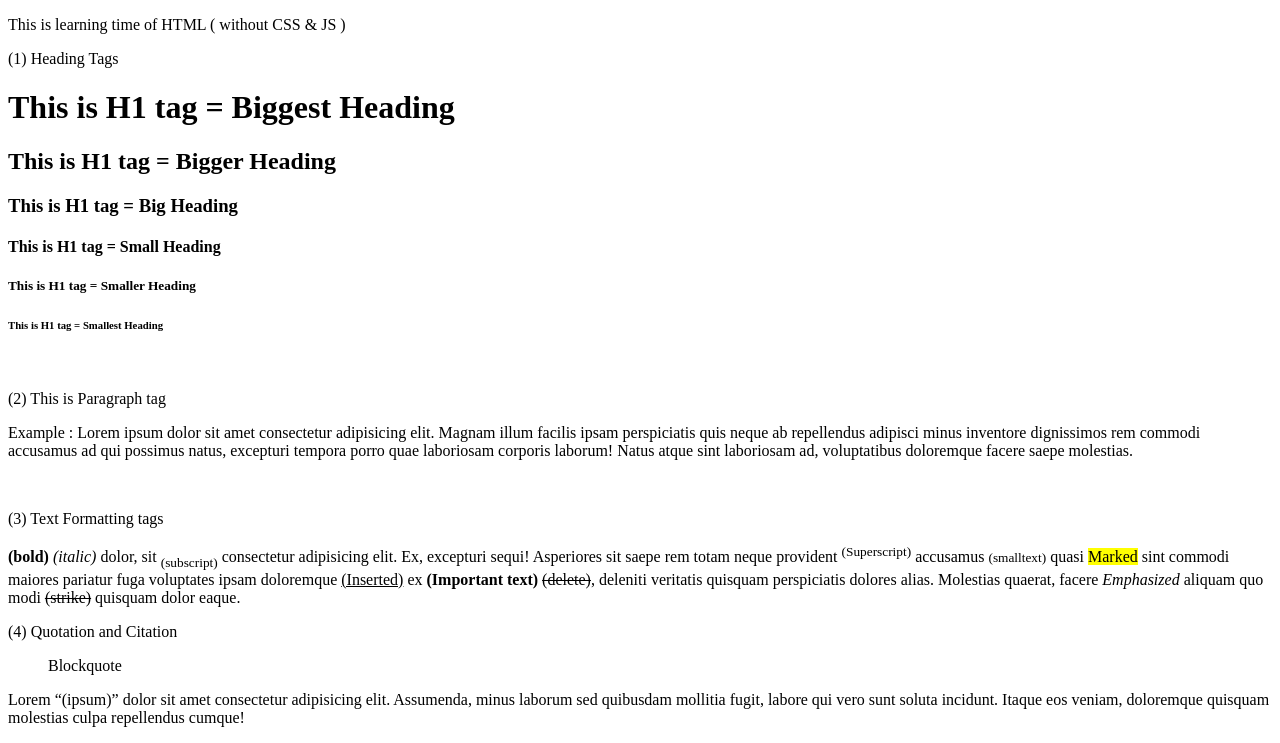
Repository: diptods/Frontend-in-60-DAYS
Page: Day01/learning/learn.html
These files come from the project's save history. The page is drawn as it stood at one moment and after the next save; the edit follows.
The browser window is 1280 px wide. The pictures show the whole page.

Above is the page before, as saved 2026-05-28 11:58:16.

After the next save:
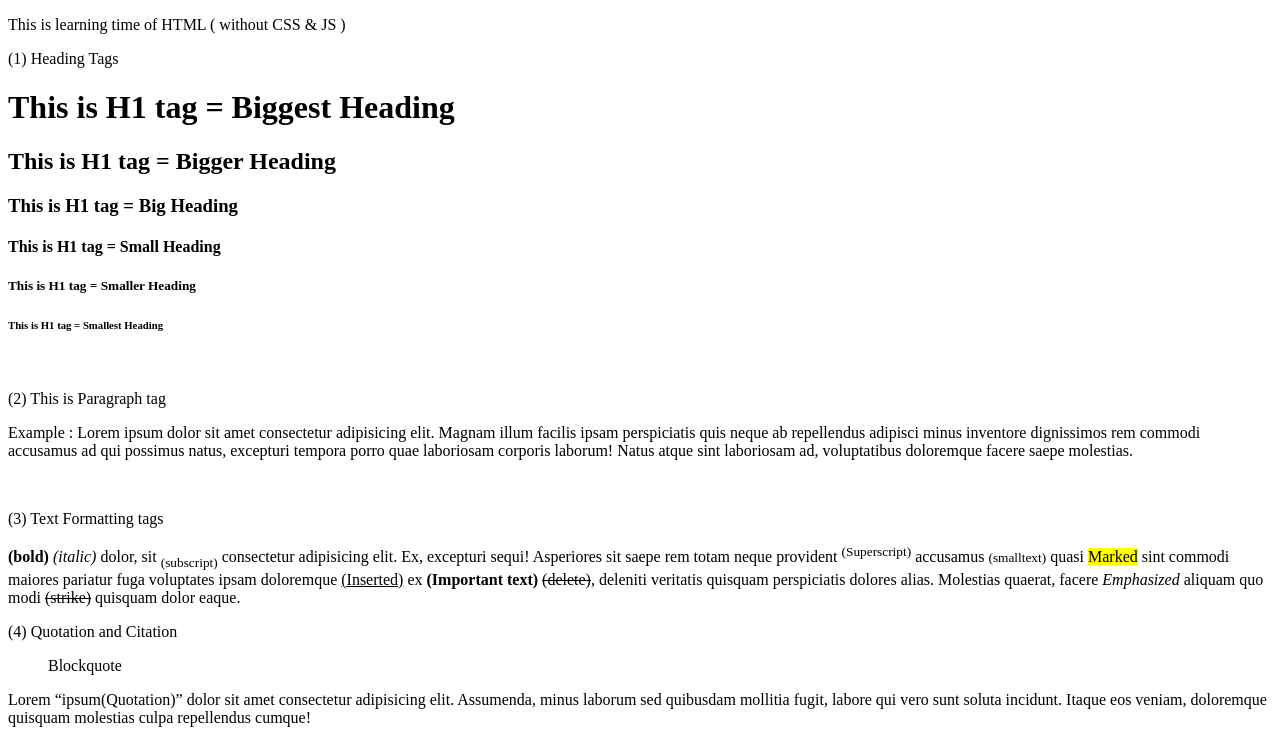
Saved 17 s later.
--- a/Day01/learning/learn.html
+++ b/Day01/learning/learn.html
@@ -33,7 +33,7 @@
         <em>Emphasized</em> aliquam quo modi <strike>(strike)</strike> quisquam dolor eaque.
     </p>
     <p>(4) Quotation and Citation</p>
-    <p><blockquote>Blockquote</blockquote> Lorem <q>(ipsum)</q> dolor sit amet consectetur adipisicing elit. Assumenda, minus laborum sed quibusdam mollitia fugit,
+    <p><blockquote>Blockquote</blockquote> Lorem <q>ipsum(Quotation)</q> dolor sit amet consectetur adipisicing elit. Assumenda, minus laborum sed quibusdam mollitia fugit,
         labore qui vero sunt soluta incidunt. Itaque eos veniam, doloremque quisquam molestias culpa repellendus cumque!
     </p>
 </body>
